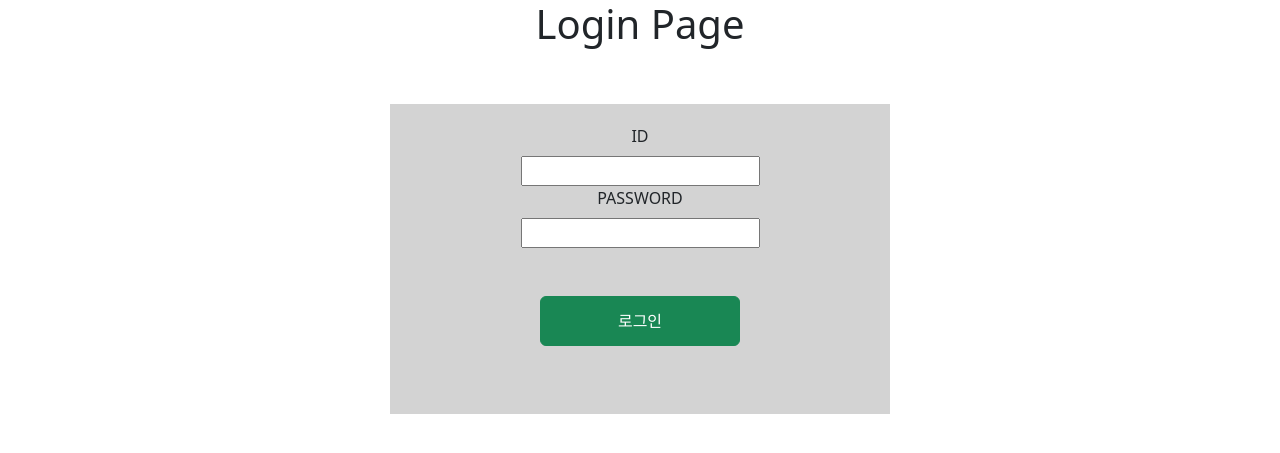
Repository: doridori890130/JSP
Page: http://localhost/jsp_project/mem/login
An editor plug-in stored every save of this project. The page is shown before and after the next save, followed by the edit.
The browser window is 1280 px wide. The pictures show the whole page.
The page is served by Tomcat 9.

Above is the page before, as saved 2023-06-01 04:01:24.

After the next save:
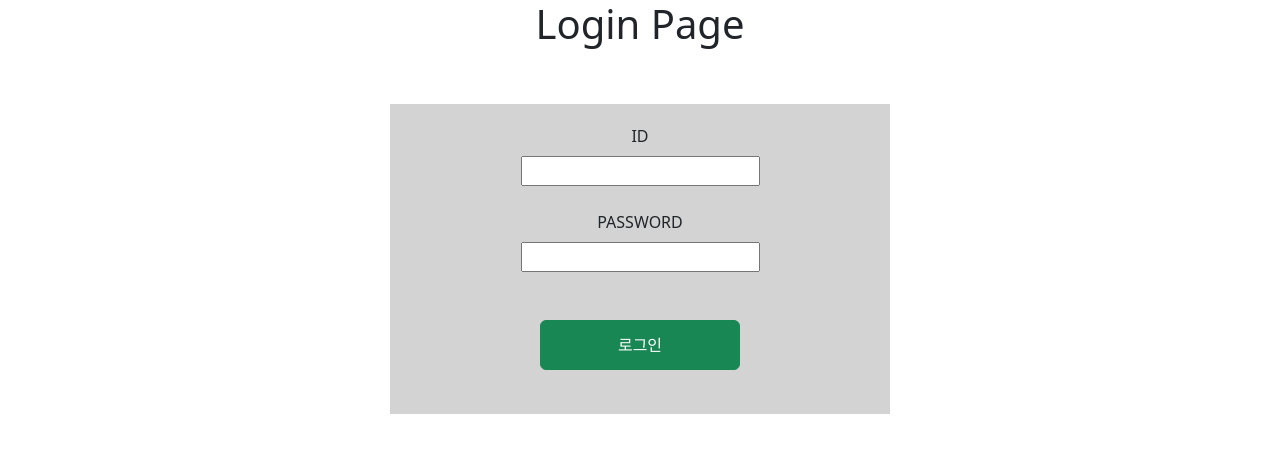
Saved 28 s later.
--- a/jsp_project4/jsp_project/src/main/webapp/member/login.jsp
+++ b/jsp_project4/jsp_project/src/main/webapp/member/login.jsp
@@ -34,7 +34,7 @@
 	<form action="/mem/login_auth" method="post" >
 	<div class="mb-3">
   <label for="exampleFormControlInput1" class="form-label">ID</label> <br>
-		 <input type="text" name="id" > <br>
+		 <input type="text" name="id" > <br> <br>
   <label for="exampleFormControlInput1" class="form-label">PASSWORD</label> <br>
 		 <input type="password" name="password" > <br>
 <br> <br>
